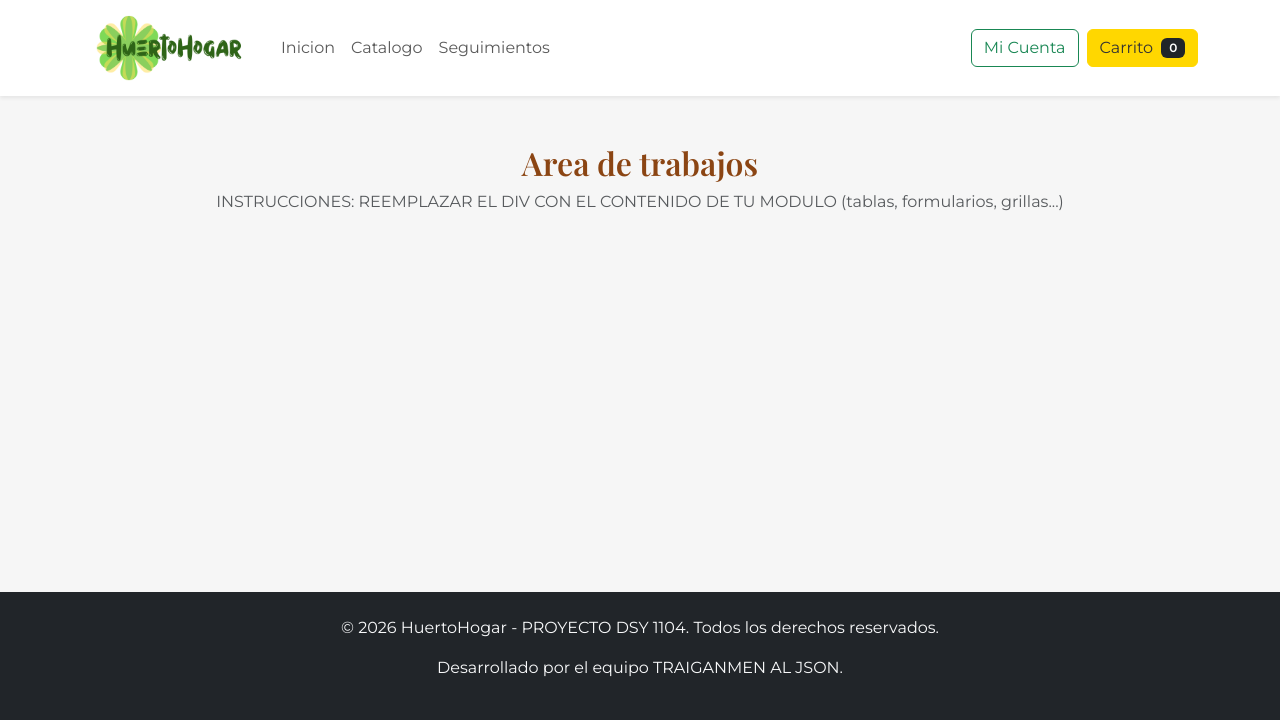
Repository: RottZen/Ev_1_Huerto_Hogar
Page: 1_inicio/index.html
These files come from the project's save history. The page is drawn as it stood at one moment and after the next save; the edit follows.
The browser window is 1280 px wide. The pictures show the whole page.

Above is the page before, as saved 2026-09-08 15:57:22.

### 1_inicio/index.html
<!DOCTYPE html>
<html lang="es">
<head>
    <meta charset="UTF-8">
    <meta name="viewport" content="width=device-width, initial-scale=1.0">
    <title>Plantilla Base - HuertoHogar</title>
    <link href="https://cdn.jsdelivr.net/npm/bootstrap@5.3.2/dist/css/bootstrap.min.css" rel="stylesheet">
    <link href="https://fonts.googleapis.com/css2?family=Montserrat:wght@400;600&family=Playfair+Display:wght@600;700&display=swap" rel="stylesheet">
    <link rel="stylesheet" href="../7_comunes/global.css">

</head>
<body class="d-flex flex-column min-vh-100">
    <!-- menu de navegacion -->
    <header>
        <nav class="navbar navbar-expand-lg nav-light bg-white shadow-sm">
            <div class="container">
                <a class="navbar-brand" href="../1_inicio/index.HTML">
                    <img src="../assets/img/logo.png" alt="Logo HuertoHogar" class="logo-header d-inline-block align-text-center">
                </a>
                <button class="navbar-toggler" type="button" data-bs-toggle="collapse" data-bs-target="#menuNavegacion">
                    <span class="navbar-toggler-icon"></span>
                </button>

                <div class="collapse navbar-collapse" id="menuNavegacion">
                    <ul class="navbar-nav me-auto mb-2 mb-lg-0">
                        <li class="nav-item"><a class="nav-link" href="../1_inicio/index.html">Inicion</a></li>
                        <li class="nav-item"><a class="nav-link" href="../2_catalogo/catalogo.html">Catalogo</a></li>
                        <li class="nav-item"><a class="nav-link" href="../6_seguimiento/rastreo.html">Seguimientos</a></li>
                    </ul>
                    <div class="d-flex gap-2">
                        <a href="../4_autenticacion/registro.html" class="btn btn-outline-success">Mi Cuenta</a>
                        <!-- boton del carrito de compras con contador dinamico js KU -->
                        <a href="../3_carrito/carrito.html" class="btn btn-warning">
                            Carrito <span class="badge bg-dark ms-1" id="contador-carrito">0</span>
                        </a>
                    </div>
                </div>
            </div>
        </nav>
    </header>

    <!-- MAIN CONTENEDOR DINAMICO -->
    <main class="container my-5 flex-grow-1">
        <div class="text-center text-muted p5 border-dashed rounded">
            <h2>Area de trabajos</h2>
            <p>INSTRUCCIONES: REEMPLAZAR EL DIV CON EL CONTENIDO DE TU MODULO (tablas, formularios, grillas...)</p>
        </div>

    </main>
    <footer class="bg-dark text-light py-4 mt-auto">
        <div class="container text-center">
            <p>&copy; 2026 HuertoHogar - PROYECTO DSY 1104. Todos los derechos reservados.</p>
            <p>Desarrollado por el equipo TRAIGANMEN AL JSON.</p>
        </div>
    </footer>
    <script src="https://cdn.jsdelivr.net/npm/bootstrap@5.3.2/dist/js/bootstrap.bundle.min.js"></script>
    <script src="../7_comunes/datos.js"></script>





</body>
</html>

### 7_comunes/global.css
/* tipografia */
@import url('https://fonts.googleapis.com/css2?family=Montserrat:wght@400;600&family=Playfair+Display:wght@600;700&display=swap');

/* variable colores of */
:root{
    --blanco-suave: #f6f6f6;
    --verde-esmeralda: #2e8b57;
    --amarillo-mostaza: #ffd700;
    --marron-claro: #8B4513;
    --gris-oscuro: #333333;
    --gris-medio: #666666;

}
.logo-header{
    height: 70px;
    width: auto;
    object-fit: contain;

}

/* configuracion base */
body{
    background-color: var(--blanco-suave);
    color : var(--gris-oscuro);
    font-family: 'Montserrat', sans-serif;
}

h1, h2, h3, h4{
    font-family: 'Playfair Display', serif;
    color: var(--marron-claro)
}


/* sobreescribir botones feos de bootstrap */

.btn-primary{
    background-color: var(--verde-esmeralda) !important;
    border-color: var(--verde-esmeralda) !important;
    color: white !important;
}
.btn-primary:hover{
    background-color: #246b43 !important; /*mas oscurito pa q se note la interaccion */
    border-color: #246b43 !important;
}
.btn-warning{
    background-color: var(--amarillo-mostaza) !important;
    border-color: var(--amarillo-mostaza) !important;
    color: var(--gris-oscuro) !important;
}

### 7_comunes/datos.js
const productos = [
    {
        "Codigo": "FR001",
        "nombre": "Manzanas fuji",
        "categoria": "frutas",
        "precio": 1200,
        "unidad": "kg",
        "imagen": "../img/manzanas-fuji.jpg",
        "descripcion": "Jugosas y ricas en vitamina C, ideales para zumos frescos y refrescantes.",
        "origen": "Chile",
        "stock": 200
    },
    {
        "Codigo": "FR002",
        "nombre": "Naranjas Valencia",
        "categoria": "frutas",
        "precio": 1000,
        "unidad": "kg",
        "imagen": "../img/naranjas-valencia.jpg",
        "descripcion": "Jugosas y ricas en vitamina C, ideales para zumos frescos y refrescantes.",
        "origen": "Chile",
        "stock": 200
    },
    {
        "Codigo": "FR003",
        "nombre": "Plátanos Cavendish",
        "categoria": "frutas",
        "precio": 800,
        "unidad": "kg",
        "imagen": "../img/platanos-cavendish.jpg",
        "descripcion": "Plátanos maduros y dulces, perfectos para el desayuno o como snack energético.",
        "origen": "Chile",
        "stock": 250
    },
    {
        "Codigo": "VR001",
        "nombre": "Zanahorias Orgánicas",
        "categoria": "verduras",
        "precio": 900,
        "unidad": "kg",
        "imagen": "../img/zanahorias-organicas.jpg",
        "descripcion": "Zanahorias crujientes cultivadas sin pesticidas. Excelente fuente de vitamina A y fibra.",
        "origen": "Región de O'Higgins",
        "stock": 100
    },
    {
        "Codigo": "VR002",
        "nombre": "Espinacas Frescas",
        "categoria": "verduras",
        "precio": 700,
        "unidad": "bolsa 500g",
        "imagen": "../img/espinacas-frescas.jpg",
        "descripcion": "Espinacas frescas y nutritivas, perfectas para ensaladas y batidos verdes.",
        "origen": "Chile",
        "stock": 80
    },
    {
        "Codigo": "VR003",
        "nombre": "Pimientos Tricolores",
        "categoria": "verduras",
        "precio": 1500,
        "unidad": "kg",
        "imagen": "../img/pimientos-tricolores.jpg",
        "descripcion": "Pimientos rojos, amarillos y verdes, ideales para salteados y platos coloridos.",
        "origen": "Chile",
        "stock": 120
    },
    {
        "Codigo": "PO001",
        "nombre": "Miel Orgánica",
        "categoria": "organicos",
        "precio": 5000,
        "unidad": "frasco 500g",
        "imagen": "../img/miel-organica.jpg",
        "descripcion": "Miel pura y orgánica producida por apicultores locales. Rica en antioxidantes y con un sabor inigualable.",
        "origen": "Región de La Araucanía",
        "stock": 50
    },
    {
        "Codigo": "PO003",
        "nombre": "Quinua Orgánica",
        "categoria": "organicos",
        "precio": 3200,
        "unidad": "bolsa 1kg",
        "imagen": "../img/quinua-organica.jpg",
        "descripcion": "Quinua orgánica, alta en proteínas y libre de gluten, ideal para una alimentación saludable.",
        "origen": "Chile",
        "stock": 35
    },
    {
        "Codigo": "PL001",
        "nombre": "Leche Entera",
        "categoria": "lacteos",
        "precio": 1100,
        "unidad": "litro",
        "imagen": "../img/leche-entera.jpg",
        "descripcion": "Leche entera proveniente de granjas locales, rica en calcio y nutrientes esenciales.",
        "origen": "Chile",
        "stock": 90
    }
];


function obtenerCarrito() {
    const carritoGuardado = localStorage.getItem("carritoHuertoHogar");
    return carritoGuardado ? JSON.parse(carritoGuardado) : [];
}

function guardarCarrito(carrito) {
    localStorage.setItem("carritoHuertoHogar",JSON.stringify(carrito));
    actualizarContadorCarrito()
}

function agregarAlCarrito(codProducto,cantidad = 1) {
    const producto = productos.find(p => p.Codigo == codProducto);
    if (!producto){
        console.error("Producto no encontrado");
        return;
    }
    const carrito = obtenerCarrito();
    const itemExistente = carrito.find(item => item.Codigo == codProducto);
    if (itemExistente) {
        itemExistente.cantidad += cantidad;
    } else {
        carrito.push({
            "Codigo" : producto.Codigo,
            "nombre" : producto.nombre,
            "precio" : producto.precio,
            "imagen" : producto.imagen,
            "cantidad" : cantidad
        });
    }
    guardarCarrito(carrito)
}

function eliminarDelCarrito(codProducto) {
    let carrito = obtenerCarrito();
    carrito = carrito.filter(item => item.Codigo !== codProducto);
    guardarCarrito(carrito);
    renderizarCarrito();
}

function actualizarCantidad(codProducto, nuevaCantidad) {
    const carrito = obtenerCarrito();
    const item = carrito.find(item => item.Codigo === codProducto);

    if (item && nuevaCantidad > 0) {
        item.cantidad = nuevaCantidad;
        guardarCarrito(carrito);
        renderizarCarrito();
    }
}

function calcularTotalCarrito() {
    const carrito = obtenerCarrito();
    return carrito.reduce((total, item) => total + (item.precio * item.cantidad), 0);
}

function actualizarContadorCarrito() {
    const contador = document.querySelector("#contador-carrito");
    if (!contador) {
        return;
    }
    const carrito = obtenerCarrito();
    const productostotales = carrito.reduce((total, item) => total + item.cantidad, 0);
    contador.textContent = productostotales;
}

function renderizarProductos(listaProductos = productos) {
    const contenedor = document.querySelector(".grid-productos");
    if (!contenedor) return;

    contenedor.innerHTML = "";

    listaProductos.forEach(producto => {
        const tarjeta = document.createElement("article");
        tarjeta.classList.add("tarjeta-producto");
        tarjeta.innerHTML = `
            <img src="${producto.imagen}" alt="${producto.nombre}">
            <h3>${producto.nombre}</h3>
            <p class="origen">${producto.origen}</p>
            <p class="precio">$${producto.precio.toLocaleString("es-CL")} / ${producto.unidad}</p>
            <button class="btn" onclick="agregarAlCarrito('${producto.Codigo}')">Agregar al carrito</button>
        `;
        contenedor.appendChild(tarjeta);
    });
}

function filtrarPorCategoria(categoria) {
    if (categoria === "todos") {
        renderizarProductos(productos);
    } else {
        const filtrados = productos.filter(p => p.categoria === categoria);
        renderizarProductos(filtrados);
    }
}

// Dibuja el contenido del carrito en carrito.html
function renderizarCarrito() {
    const contenedor = document.querySelector("#tabla-carrito");
    if (!contenedor) return;

    const carrito = obtenerCarrito();
    contenedor.innerHTML = "";

    if (carrito.length === 0) {
        contenedor.innerHTML = '<tr><td colspan="5" class="text-center py-4 text-muted">El carrito está vacío</td></tr>';
    } else {
        carrito.forEach(item => {
            const fila = document.createElement("tr");
            fila.classList.add("item-carrito");
            fila.innerHTML = `
                <td class="d-flex align-items-center">
                    <img src="${item.imagen}" alt="${item.nombre}" style="width : 50px; height: 50px; object-fit: cover;" class= "rounded me-2">
                    <span>${item.nombre}</span>
                </td>
                <td>$${item.precio.toLocaleString("es-CL")}</td>
                <td>
                    <input type="number" class="form-control form-control-sm" style="width: 70px;" min="1" value="${item.cantidad}"
                        onchange="actualizarCantidad('${item.Codigo}', parseInt(this.value))">

                </td>
                <td>
                    <span class="fw-bold text-success ms-2">
                    $${(item.precio * item.cantidad).toLocaleString("es-CL")}</span>
                </td>
                <td>
                    <button class="btn btn-danger btn-sm" onclick="eliminarDelCarrito('${item.Codigo}')">Eliminar</button>
                </td>
                `;
                contenedor.appendChild(fila);
            });
        }

    const totalElemento = document.querySelector("#total-carrito");
    const subtotalElemento = document.querySelector("#subtotal-carrito");

    if (totalElemento && subtotalElemento) {
        const totalCalculado = calcularTotalCarrito().toLocaleString("es-CL");
        subtotalElemento.textContent = `Subtotal: $${totalCalculado} CLP`;
        totalElemento.textContent = `Total: $${calcularTotalCarrito().toLocaleString("es-CL")}`;
    }
}

document.addEventListener("DOMContentLoaded", () => {
    actualizarContadorCarrito();
    renderizarProductos();
    renderizarCarrito();
})

Loaded but not shown: 1_inicio/index.css (no stored copy; drawn as an empty file)

After the next save:
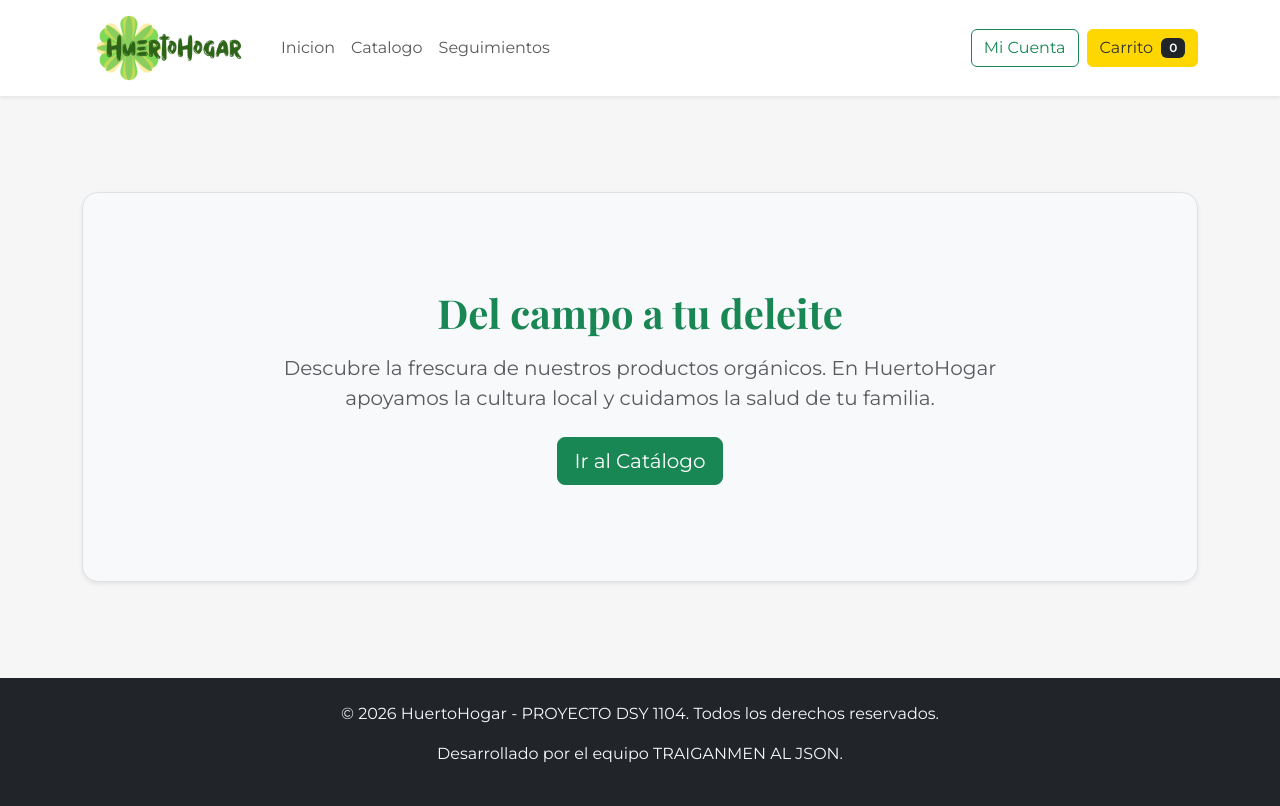
Saved 31 min 18 s later.
--- a/1_inicio/index.html
+++ b/1_inicio/index.html
@@ -7,6 +7,7 @@
     <link href="https://cdn.jsdelivr.net/npm/bootstrap@5.3.2/dist/css/bootstrap.min.css" rel="stylesheet">
     <link href="https://fonts.googleapis.com/css2?family=Montserrat:wght@400;600&family=Playfair+Display:wght@600;700&display=swap" rel="stylesheet">
     <link rel="stylesheet" href="../7_comunes/global.css">
+    <link rel="stylesheet" href="index.css">
 
 </head>
 <body class="d-flex flex-column min-vh-100">
@@ -41,10 +42,21 @@
 
     <!-- MAIN CONTENEDOR DINAMICO -->
     <main class="container my-5 flex-grow-1">
-        <div class="text-center text-muted p5 border-dashed rounded">
-            <h2>Area de trabajos</h2>
-            <p>INSTRUCCIONES: REEMPLAZAR EL DIV CON EL CONTENIDO DE TU MODULO (tablas, formularios, grillas...)</p>
-        </div>
+        <section class="conyainer my-5 flex-grow-1">
+            <section class="py-5 text-center container bg-light rounded-4 shadow-sm mb-5 border">
+                <div class="row py-lg-5">
+                    <div class="col-lg-8 col-md-8 mx-auto">
+                        <h1 class="fw-bold text-success mb-3" style="font-family: 'Playfair Display' serif;">Del campo a tu deleite</h1>
+                        <p class="lead text-muted mb-4">Descubre la frescura de nuestros productos orgánicos. En HuertoHogar apoyamos la cultura local y cuidamos la salud de tu familia.</p>
+                        <a href="../2_catalogo/catalogo.html" class="btn btn-success btn-lg px4 gap-3">Ir al Catálogo</a>
+                    </div>
+                </div>
+            </section>
+
+        </section>
+
+
+
 
     </main>
     <footer class="bg-dark text-light py-4 mt-auto">
